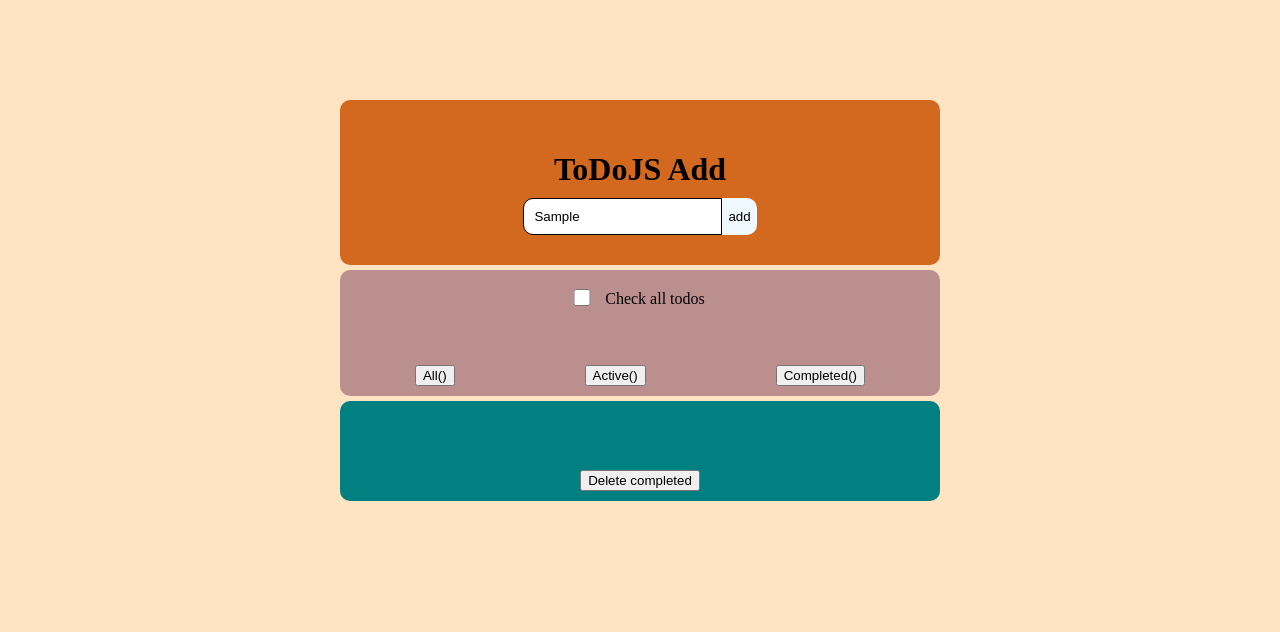
Repository: Savich01/ToDo
Page: index.html
An editor plug-in stored every save of this project. The page is shown before and after the next save, followed by the edit.
The browser window is 1280 px wide. The pictures show the whole page.
Empty fields were first filled with sample values (such as "Sample", 5 or name@example.com).
After loading, the first visible `form.personal` was submitted once.

Above is the page before, as saved 2024-05-08 12:30:33.

### index.html
<!DOCTYPE html>
<html lang="en">
<head>
    <meta charset="UTF-8">
    <meta name="viewport" content="width=device-width, initial-scale=1.0">
    <link rel="stylesheet" href="css/style.css">
    <title>ToDO</title>
</head>
<body>
    <header class="header">
        <div class="header-block">
            <div class="header-block__sub">
                <h1 class="title">ToDoJS Add</h1>
                <form class="personal" action="#">
                    <input class="personal-input" type="text">
                    <button class="personal-btn">add</button>
                </form>
            </div>
        </div>
    </header>

     <main class="main">
        <div class="main-block">
            <ul class="main-block--list">
                    <li class="main-block--list-link">
                        <input class="checkbox-active" type="checkbox">
                        <span class="main-block--text">Check all todos</span>
                    </li>
                </ul>
            <div class="main-container">

                <ul class="main-container--list">
                    <li class="main-container--list-link">
                        <input class="main-checked" type="checkbox" data-action = "done">
                        <span class="main-text main-text--done">lorem</span>
                    </li>
                    <button class="main--list-btn" data-action = "delete">
                        х
                    </button>
               </ul>

            </div>




            <div class="main-button">
                 <button class="main-btn1">All()</button>
                 <button class="main-btn2">Active()</button>
                 <button class="main-btn3">Completed()</button>
            </div>
            </div>
     </main>
     <footer class="footer">
        <div class="footer-block">
            <div class="footer-btn">
                <button class="btn">Delete completed</button>
            </div>
        </div>
     </footer>
        <script src="js/script.js"></script>
</body>
</html>

### css/style.css
ul,li {
    text-decoration: none;
    list-style: none;
}


/*------------HEADER-------------------------------------*/

body {
    max-width: 100%;
    background: #FFE4C4;
}
.header {
    margin-top: 100px;
    margin-bottom: 5px;
}
.header-block {
    max-width: 600px;
    margin: 0 auto;
    background: #D2691E;
    border-radius: 10px;
}
 .header-block__sub {
    display: flex;
    flex-direction: column;
    justify-content: center;
    align-items: center;
    padding: 30px 0px;
 }

 .title {
    margin-bottom: 10px;
 }

 .personal {
    display: flex;
    justify-content: center;
 }

 .personal-input{
    padding: 10px;
    border: 1px solid #000;
    border-radius: 10px 0px 0px 10px;
 }
.personal-btn {
    border: none;
    background-color: aliceblue;
    border-radius: 0px 10px 10px 0px;
    cursor: pointer;
}
/*------------------MAIN-------------------------------------*/

.main-block {
   max-width: 600px;
   margin: 0 auto;
   background: #BC8F8F;
   min-height: 70px;
   border-radius: 10px;
   display:flex;
   flex-direction: column;
   justify-content: space-between;
   margin-bottom: 5px;
}

.main-block--list{
    display: flex;
    align-items: center;
    justify-content: center;
    padding-right: 47px;
}

.main-block--list-link{
    display: flex;
    align-items: center;
}

.main-block--text{
    margin-left: 10px;
}

.checkbox-active{
    width: 20px;
    height: 17px;
}

.main-block--text{
    transform: translateY(1px);
}

.main-button {
    padding: 10px;
    display: flex;
    align-items: flex-end;
    justify-content: space-around

}
.main-container {
    background: rgba(183, 231, 62, 0.699);
    border-radius: 20px;
    margin: 15px;
    /* display: none; */
}

.main-container--list{
    background-color: #20B2AA;
    border-radius: 10px;
    margin: 25px;
    display: flex;
    align-items: center;
    justify-content: space-between;
}

.main-container--list-link {
    padding: 10px;
    display: flex;
    align-items: center;
}
.main-checked{
    width: 20px;
    height: 16px;
    cursor: pointer;
}
.main-text{
    display: inline-block;
    margin-left: 15px;
    transform: translateY(1px);
}
.main--list-btn{
    min-width: 20px;
    max-width: 23px;
    background: #FFFFE0;
    align-items: center;
    margin-right: 25px;
    cursor: pointer;
    border: none;
    background: #B22222;
}

/*------------------FOOTER--------------------------------------------------*/

.footer-block {
    max-width: 600px;
    margin: 0 auto;
    background: #008080;
    height: 100px;
    border-radius: 10px;
    display: flex;
    align-items: flex-end;
    justify-content: space-around;
}
.footer-btn {
    padding: 10px;
}

### js/script.js
"Use strict";

const taskForm = document.querySelector('.personal');
const taskInput = document.querySelector('.personal-input');
const taskBtn = document.querySelector('.personal-btn');
const taskList = document.querySelector('.main-container');




taskForm.addEventListener('submit', function(event) {
    // Отменяем отправку формы
    event.preventDefault();

    //Достаем текст из input
    const taskText = taskInput.value;

    //Формируем разметку задачи
    const taskHTML = `

              `;
              taskList.innerHTML = taskHTML;

})



























































// const form = document.querySelector('.personal');
// const input = document.querySelector('.personal-input');
// const block = document.querySelector('.main-container');
// const addList = document.querySelector('.main-container--list')
// const mainBlock = document.querySelector('.main-block');

// function addTask(){
//     // Отменяем отправку формы
//     event.preventDefault();

//     // Достаем текст задачи из поля ввода

//     const taskText = input.value;


//     //Формируем разметку для новой задачи

//     const taskHTML = `<ul class="main-container--list">
//                     <li class="main-container--list-link">
//                         <input class="main-checked" type="checkbox" data-action = "done">
//                         <span class="main-text">${taskText}</span>
//                     </li>
//                     <button class="main--list-btn" data-action = "delete">
//                         х
//                     </button>
//                </ul>
//                     `


//     // Добавляем задачу на страницу

//     block.insertAdjacentHTML('beforeend', taskHTML)

//     // Отчищаем поле ввода

//     input.value = '';
//     input.focus();

// }



// // Добавление задачи
// form.addEventListener('submit', addTask);

// // // Удаление задачи
// block.addEventListener('click', deleteTask);

// function deleteTask(event){


//     if(event.target.dataset.action === 'delete'){

//         const perentNode = event.target.closest('.main-container--list');
//         perentNode.remove();
//     };
// };

// // Отмечаем задачу завершенной

// block.addEventListener('click', doneTask)

// function doneTask(event) {
//     if(event.target.dataset.action === 'done'){
//         const perentNode = event.target.closest('.main-container--list');
//         const taskTitle = perentNode.querySelector('.main-text');
//         taskTitle.classList.toggle('main-text--done');
//     }
// }

After the next save:
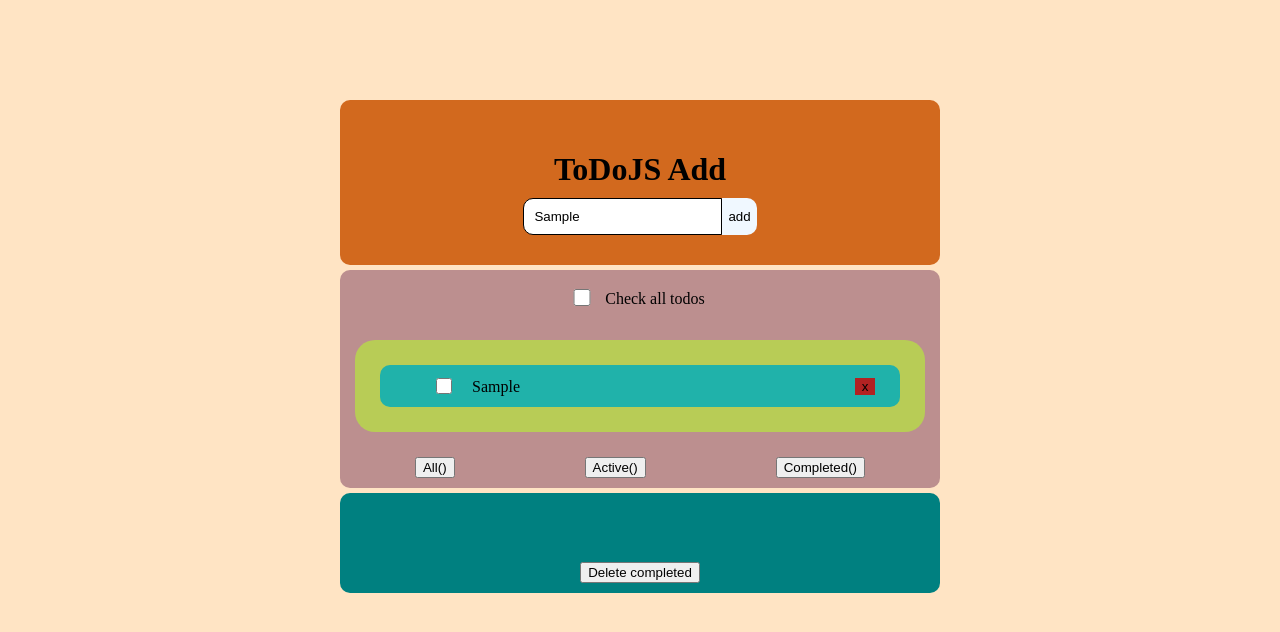
Saved 39 s later.
--- a/js/script.js
+++ b/js/script.js
@@ -17,7 +17,15 @@ taskForm.addEventListener('submit', function(event) {
 
     //Формируем разметку задачи
     const taskHTML = `
-
+                <ul class="main-container--list">
+                    <li class="main-container--list-link">
+                        <input class="main-checked" type="checkbox" data-action = "done">
+                        <span class="main-text main-text--done">${taskText}</span>
+                    </li>
+                    <button class="main--list-btn" data-action = "delete">
+                        х
+                    </button>
+               </ul>
               `;
               taskList.innerHTML = taskHTML;
 
